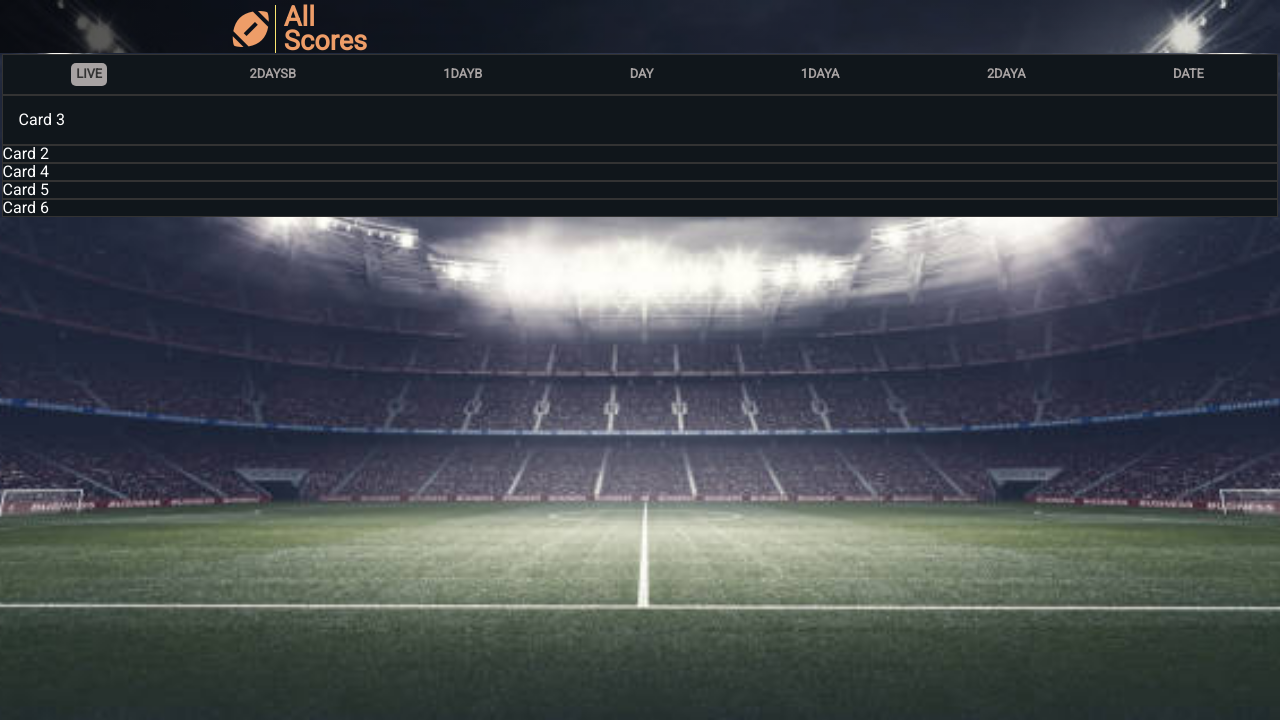
Repository: boomshakar/AllScores
Page: index.html
The author's editor kept a copy of each file at every save. The page is drawn from the files as they stood at one save, then again after the next save.
The browser window is 1280 px wide. The pictures show the whole page.
The style sheet was rebuilt from its Sass, Less or Tailwind sources for each picture, by a compiler version that may differ from the author's.

Above is the page before, as saved 2021-03-30 03:00:37.

### index.html
<!DOCTYPE html>
<html lang="en">
  <head>
    <meta charset="UTF-8" />
    <meta http-equiv="X-UA-Compatible" content="IE=edge" />
    <meta name="viewport" content="width=device-width, initial-scale=1.0" />
    <title>All Scores</title>
    <link rel="stylesheet" href="css/main.css" />
    <link
      rel="stylesheet"
      href="https://fonts.googleapis.com/icon?family=Material+Icons"
    />
  </head>
  <body>
    <header>
      <a href="index.html" class="head-name__logo">
        <span class="material-icons md-48">sports_football</span>
        <h1>All<br />Scores</h1>
      </a>
      <ul class="head-name">
        <a href="index.html"
          ><li class="head-name__mob active">
            <span class="material-icons md-36">sports_soccer</span>
            <h3>Soccer</h3>
          </li></a
        >
        <a href="#"
          ><li class="head-name__mob">
            <span class="material-icons md-36">sports_basketball</span>
            <h3>Basket</h3>
          </li></a
        >
        <a href="#"
          ><li class="head-name__mob">
            <span class="material-icons md-36">golf_course</span>
            <h3>Golf</h3>
          </li></a
        >
        <a href="#"
          ><li class="head-name__mob">
            <span class="material-icons md-36">sports_tennis</span>
            <h3>Tennis</h3>
          </li></a
        >
      </ul>
      <div class="menu-btn">
        <span class="menu-btn__burger"></span>
      </div>
      <nav class="nav">
        <ul class="menu-nav">
          <div class="menu-nav__time">
            Lorem ipsum, dolor sit amet consectetur adipisicing elit. Qui
            quidem, dignissimos asperiores totam nesciunt laborum at consectetur
            nam temporibus ea.
          </div>
          <li class="menu-nav__item active">
            <a href="index.html" class="menu-nav__link">Soccer</a>
          </li>
          <li class="menu-nav__item">
            <a href="#" class="menu-nav__link">Basketball</a>
          </li>
          <li class="menu-nav__item">
            <a href="#" class="menu-nav__link">Tennis</a>
          </li>
          <li class="menu-nav__item">
            <a href="#" class="menu-nav__link">Hockey</a>
          </li>
          <li class="menu-nav__item">
            <a href="#" class="menu-nav__link">Golf</a>
          </li>
          <li class="menu-nav__item">
            <a href="#" class="menu-nav__link">Basketball</a>
          </li>
          <li class="menu-nav__item">
            <a href="#" class="menu-nav__link">Tennis</a>
          </li>
          <li class="menu-nav__item">
            <a href="#" class="menu-nav__link">Hockey</a>
          </li>
          <li class="menu-nav__item">
            <a href="#" class="menu-nav__link">Golf</a>
          </li>
          <li class="menu-nav__item">
            <a href="#" class="menu-nav__link">Basketball</a>
          </li>
          <li class="menu-nav__item">
            <a href="#" class="menu-nav__link">Tennis</a>
          </li>
          <li class="menu-nav__item">
            <a href="#" class="menu-nav__link">Hockey</a>
          </li>
          <li class="menu-nav__item">
            <a href="#" class="menu-nav__link">Golf</a>
          </li>
          <div class="menu-nav__foot">
            Lorem ipsum dolor sit amet consectetur adipisicing elit. Quisquam
            quod neque provident ex cumque adipisci, iusto, tempora quibusdam
            maxime, magni autem perferendis? Quibusdam, tenetur. Laudantium,
            velit reiciendis deleniti perferendis nesciunt vitae dolores itaque
            aut voluptas dolor veritatis. Optio ducimus consectetur nisi sequi,
            nesciunt id quis mollitia, laborum voluptates necessitatibus modi.
          </div>
        </ul>
      </nav>
    </header>
    <div class="grid-contain">
      <span class="card">
        <div class="date-select">
          <a href="#" class="date-select__link active"
            ><div class="date-select__match live-logo">
              <strong>live</strong>
            </div></a
          >
          <a href="#" class="date-select__link"
            ><div class="date-select__match">2daysB</div></a
          >
          <a href="#" class="date-select__link"
            ><div class="date-select__match">1dayB</div></a
          >
          <a href="#" class="date-select__link"
            ><div class="date-select__match">Day</div></a
          >
          <a href="#" class="date-select__link"
            ><div class="date-select__match">1dayA</div></a
          >
          <a href="#" class="date-select__link"
            ><div class="date-select__match">2dayA</div></a
          >
          <a href="#" class="date-select__link"
            ><div class="date-select__match">Date</div></a
          >
        </div>
      </span>
      <div class="card">Card 2</div>
      <div class="card">Card 3</div>
      <div class="card">Card 4</div>
      <div class="card">Card 5</div>
      <div class="card">Card 6</div>
    </div>
  </body>
  <script src="main.js"></script>
</html>

### main.js
const menuBtn = document.querySelector(".menu-btn");
const menuBurger = document.querySelector(".menu-btn__burger");
const nav = document.querySelector(".nav");
const headName = document.querySelector(".head-name");
const menuNav = document.querySelector(".menu-nav");
const menuNavList = document.querySelectorAll(".menu-nav__item");

let menuOpen = false;

menuBtn.addEventListener("click", toggleMenu);

function toggleMenu() {
  if (!menuOpen) {
    menuBurger.classList.add("open");
    nav.classList.add("open");
    headName.classList.add("open");
    menuNav.classList.add("open");
    menuNavList.forEach((item) => item.classList.add("open"));

    menuOpen = true;
  } else {
    menuBurger.classList.remove("open");
    nav.classList.remove("open");
    headName.classList.remove("open");
    menuNav.classList.remove("open");
    menuNavList.forEach((item) => item.classList.remove("open"));

    menuOpen = false;
  }
}

### scss/main.scss
@import "config";
@import "menu";
@import "home";
@import "responsive";

body {
  position: relative;
  background: $primary-color;
  color: $text-color;
  height: 100vh;
  font-family: "Roboto", "Segoe UI", Tahoma, Verdana, sans-serif;
  line-height: 1;
  background: url(../img/stadium3.jpg);
  background-size: cover;
  background-repeat: no-repeat;
  background-position: center;
  background-attachment: fixed;
}

header {
  display: flex;
  z-index: 2;
  background: linear-gradient(to right, rgba(#000, 0.7), rgba(#000, 0.1)),
    url(../img/head.jpg);
  background-size: cover;
  background-repeat: no-repeat;
  position: fixed;
  width: 100vw;
  padding-top: 0.3rem;

  a {
    color: $secondary-color;
  }
}

### scss/_config.scss
$primary-color: #24303a;
$secondary-color: #ee9d68;
$text-color: #fae56f;
$text-color2: rgb(167, 162, 162);

* {
  box-sizing: border-box;
  margin: 0;
  padding: 0;
  outline: 0;
  list-style: none;
}
a {
  text-decoration: none;
}

@import url("https://fonts.googleapis.com/css2?family=Roboto&display=swap");

@mixin transition-mix {
  transition: all 0.5s ease-in-out;
}

@mixin media-xxsm {
  @media screen and (max-width: 313px) {
    @content;
    ul.head-name {
      visibility: hidden;
    }
  }
}

@mixin media-xsm {
  @media screen and (min-width: 314px) and (max-width: 359px) {
    @content;
  }
}

@mixin media-sm {
  @media screen and (min-width: 360px) and (max-width: 399px) {
    @content;
  }
}

@mixin media-smd {
  @media screen and (min-width: 400px) {
    @content;
  }
}

@mixin media-md {
  @media screen and (min-width: 500px) {
    @content;
  }
}

@mixin media-lg {
  @media screen and (min-width: 700px) {
    @content;
  }
}

@mixin media-xl {
  @media screen and (min-width: 1000px) {
    @content;
  }
}

### scss/_menu.scss
.menu-btn {
  position: fixed;
  z-index: 1;
  width: 28px;
  height: 20px;
  top: 0.8rem;
  right: 0.7rem;
  background: transparent;
  cursor: pointer;
  @include transition-mix;
  &__burger {
    position: absolute;
    width: 20px;
    height: 3px;
    right: 0.5rem;
    top: 0.5rem;
    background: pink;
    border-radius: 5px;
    @include transition-mix;

    &::before {
      content: "";
      position: absolute;
      width: 28px;
      height: 3px;
      top: -8px;
      background: $text-color;
      border-radius: 5px;
      @include transition-mix;
    }

    &::after {
      content: "";
      position: absolute;
      width: 28px;
      height: 3px;
      top: 8px;
      background: $text-color;
      border-radius: 5px;
      @include transition-mix;
    }

    &.open {
      transform: rotate(720deg);
      background: transparent;

      &::before {
        transform: rotate(45deg) translate(5px, 8px);
        background: $secondary-color;
      }
      &::after {
        transform: rotate(-45deg) translate(3px, -7px);
        background: $secondary-color;
      }
    }
  }
}
nav {
  position: fixed;
  top: 0;
  left: 0;
  width: 100vw;
  visibility: hidden;
  &.open {
    visibility: visible;
  }
}

.menu-nav {
  display: grid;
  grid-template-columns: 1fr;
  grid-template-rows: 1fr;
  width: 100vw;
  height: 100vh;
  top: 50px;
  left: 0;
  right: 0;
  bottom: 0;
  overflow-y: scroll;
  overflow-x: hidden;
  background: $primary-color;
  opacity: 0.97;
  transform: translateY(-100%);
  @include transition-mix;

  &.open {
    transform: translateY(0);
  }
  &__time {
    padding: 1.5rem 1.5rem 1rem 1.5rem;
    line-height: 1.2;
    font-size: 12px;
  }

  &__item {
    transform: translateX(100vw);
    border-bottom: 1px solid rgb(102, 96, 96);
    @include transition-mix;
    &:nth-of-type(1) {
      border-top: 1px solid rgb(102, 96, 96);
    }
    &.open {
      transform: translateX(0);
    }
    &.active > a {
      color: $secondary-color;
    }
  }

  &__link {
    display: grid;
    font-size: 1.1rem;
    padding: 0.7rem 0;
    font-weight: 600;
    text-transform: uppercase;
    text-align: center;
    color: rgb(167, 162, 162);
    @include transition-mix;

    &:hover {
      color: $secondary-color;
    }
  }

  &__foot {
    padding: 2rem 1.5rem 200px 1.5rem;
    font-size: 12px;
  }
}

@for $f from 1 through 14 {
  .menu-nav__item:nth-child(#{$f}) {
    transition-delay: ($f * 0.1s) + 0.05s;
  }
}

### scss/_home.scss
.grid-contain {
  padding: 3.4rem 0.1rem 1.5rem 0.1rem;
  display: grid;
  grid-template-columns: 1fr;

  .card {
    background: darken($primary-color, 10%);
    border: 1px solid #333;
    color: #fff;

    &:nth-child(1) {
      //date selector
      grid-column: 1 / 1;
      grid-row: 1/ 2;
      .date-select {
        display: flex;
        flex-direction: row;
        justify-content: space-around;
        &__link {
          color: $text-color2;
          padding: 0.5rem 0.8rem;
          text-transform: uppercase;
          &:nth-child(1) > .live-logo {
            color: #333;
            background: $text-color2;
            border-radius: 5px;
          }
        }
        &__match {
          font-size: 0.8rem;
          font-weight: 600;
          padding: 5px;
        }
      }
    }

    &:nth-child(2) {
      //left side
      grid-column: 1;
      grid-row: 3 / 4;
    }

    &:nth-child(3) {
      //main menu
      grid-column: 1;
      grid-row: 2 / 3;
      padding: 1rem;
    }

    &:nth-child(4) {
      //right side
      grid-column: 1;
      grid-row: 4 / 5;
    }

    &:nth-child(5) {
      //stciky ad below
      grid-column: 1;
      grid-row: 5 / 6;
    }

    &:nth-child(6) {
      //footer
      grid-column: 1;
      grid-row: 6 / 7;
    }
  }
}

### scss/_responsive.scss
@include media-xxsm {
  header {
    height: 2.8rem;
    justify-content: space-between;
    .head-name__logo {
      display: flex;
      flex-direction: row;
      cursor: pointer;
      &:hover > .material-icons {
        color: $text-color;
      }

      .material-icons {
        font-size: 2.5rem;
        align-items: center;
        cursor: pointer;
        @include transition-mix;
      }
      h1 {
        font-weight: 800;
        border-left: 1px solid $text-color;
        line-height: 1.3rem;
        padding: 0 0.5rem;
        font-size: 1.1rem;
        cursor: pointer;
      }
    }
  }
}

@include media-xsm {
  header {
    justify-content: space-between;
    .head-name__logo {
      display: flex;
      flex-direction: row;
      cursor: pointer;
      height: 2.5rem;
      &:hover > .material-icons {
        color: $text-color;
      }

      .material-icons {
        font-size: 2.5rem;
        align-items: center;
        cursor: pointer;
        @include transition-mix;
      }
      h1 {
        font-weight: 800;
        border-left: 1px solid $text-color;
        line-height: 1.3rem;
        padding: 0 0.5rem;
        font-size: 1.1rem;
        cursor: pointer;
      }
    }
    ul.head-name {
      display: flex;
      flex-direction: row;
      margin-right: 2rem;
      &.open {
        visibility: hidden;
      }

      .head-name__mob {
        border-left: 1px solid $text-color2;
        padding: 0 0.2rem;
        text-align: center;
        width: 3rem;
        @include transition-mix;
        &.active {
          background: linear-gradient(
            to right,
            rgba(#fff, 0.3),
            rgba(#fff, 0.1)
          );
          color: $text-color;
          border-radius: 5px;
          border-left: 1px solid $text-color;
        }
        &:hover > .material-icons {
          color: $text-color;
        }
      }
      .material-icons {
        font-size: 1.3rem;
        cursor: pointer;
        @include transition-mix;
      }
      h3 {
        font-size: 0.7rem;
      }
    }
    .menu-btn {
      right: -0.3rem;
    }
  }
}

@include media-sm {
  header {
    justify-content: space-between;
    .head-name__logo {
      display: flex;
      flex-direction: row;
      cursor: pointer;
      height: 2.5rem;
      &:hover > .material-icons {
        color: $text-color;
      }

      .material-icons {
        font-size: 2.5rem;
        align-items: center;
        cursor: pointer;
        @include transition-mix;
      }
      h1 {
        font-weight: 800;
        border-left: 1px solid $text-color;
        line-height: 1.3rem;
        padding: 0 0.5rem;
        font-size: 1.1rem;
        cursor: pointer;
      }
    }
    ul.head-name {
      display: flex;
      flex-direction: row;
      margin-right: 2rem;
      &.open {
        visibility: hidden;
      }

      .head-name__mob {
        border-left: 1px solid $text-color2;
        padding: 0 0.5rem;
        text-align: center;
        width: 3.3rem;
        &.active {
          background: linear-gradient(
            to right,
            rgba(#fff, 0.3),
            rgba(#fff, 0.1)
          );
          color: $text-color;
          border-radius: 5px;
          border-left: 1px solid $text-color;
        }
        &:hover > .material-icons {
          color: $text-color;
        }
      }
      .material-icons {
        font-size: 1.3rem;
        cursor: pointer;
        @include transition-mix;
      }
      h3 {
        font-size: 0.8rem;
      }
    }
    .menu-btn {
      right: 0.3rem;
    }
  }
}

@include media-smd {
  header {
    justify-content: space-between;
    .head-name__logo {
      display: flex;
      flex-direction: row;
      cursor: pointer;
      &:hover > .material-icons {
        color: $text-color;
      }

      .material-icons {
        font-size: 3rem;
        align-items: center;
        cursor: pointer;
        @include transition-mix;
      }
      h1 {
        font-weight: 800;
        border-left: 1px solid $text-color;
        line-height: 1.5rem;
        padding: 0 0.5rem;
        font-size: 1.4rem;
        cursor: pointer;
      }
    }
    ul.head-name {
      display: flex;
      flex-direction: row;
      margin-right: 2rem;
      &.open {
        visibility: hidden;
      }

      .head-name__mob {
        border-left: 1px solid $text-color2;
        padding: 0 0.3rem;
        text-align: center;
        width: 3.4rem;
        @include transition-mix;
        &.active {
          background: linear-gradient(
            to right,
            rgba(#fff, 0.3),
            rgba(#fff, 0.1)
          );
          color: $text-color;
          border-radius: 5px;
          border-left: 1px solid $text-color;
        }
        &:hover > .material-icons {
          color: $text-color;
        }
      }
      .material-icons {
        font-size: 1.7rem;
        cursor: pointer;
        @include transition-mix;
      }
      h3 {
        font-size: 0.8rem;
      }
    }
    .menu-btn {
      top: 1.2rem;
      right: 0.4rem;
    }
  }
}

@include media-md {
  header {
    justify-content: space-between;
    .head-name__logo {
      display: flex;
      flex-direction: row;
      cursor: pointer;
      &:hover > .material-icons {
        color: $text-color;
      }

      .material-icons {
        font-size: 3rem;
        align-items: center;
        cursor: pointer;
        @include transition-mix;
      }
      h1 {
        font-weight: 800;
        border-left: 1px solid $text-color;
        line-height: 1.5rem;
        padding: 0 0.5rem;
        font-size: 1.7rem;
        cursor: pointer;
      }
    }
    ul.head-name {
      display: flex;
      flex-direction: row;
      margin-right: 5rem;
      &.open {
        visibility: hidden;
      }

      .head-name__mob {
        border-left: 1px solid $text-color2;
        padding: 0 0.5rem;
        text-align: center;
        width: 3.8rem;
        @include transition-mix;
        &.active {
          background: linear-gradient(
            to right,
            rgba(#fff, 0.3),
            rgba(#fff, 0.1)
          );
          color: $text-color;
          border-radius: 5px;
          border-left: 1px solid $text-color;
        }
        &:hover > .material-icons {
          color: $text-color;
        }
      }
      .material-icons {
        font-size: 1.7rem;
        cursor: pointer;
        @include transition-mix;
      }
      h3 {
        font-size: 0.8rem;
      }
    }
  }
}

@include media-lg {
  header {
    justify-content: space-evenly;
    .head-name__logo {
      display: flex;
      flex-direction: row;
      cursor: pointer;
      margin-right: 8rem;
      &:hover > .material-icons {
        color: $text-color;
      }

      .material-icons {
        font-size: 3rem;
        align-items: center;
        cursor: pointer;
        @include transition-mix;
      }
      h1 {
        font-weight: 800;
        border-left: 1px solid $text-color;
        line-height: 1.5rem;
        padding: 0 0.5rem;
        font-size: 1.7rem;
        cursor: pointer;
      }
    }
    ul.head-name {
      display: flex;
      flex-direction: row;
      &.open {
        visibility: hidden;
      }

      .head-name__mob {
        border-left: 1px solid $text-color2;
        padding: 0 0.3rem;
        text-align: center;
        width: 3.8rem;
        &.active {
          background: linear-gradient(
            to right,
            rgba(#fff, 0.3),
            rgba(#fff, 0.1)
          );
          color: $text-color;
          border-radius: 5px;
          border-left: 1px solid $text-color;
        }
        &:hover > .material-icons {
          color: $text-color;
        }
      }
      .material-icons {
        font-size: 1.7rem;
        cursor: pointer;
        @include transition-mix;
      }
      h3 {
        font-size: 0.8rem;
      }
    }
    .menu-btn {
      visibility: hidden;
    }
  }
}

@include media-xl {
  header {
    justify-content: space-evenly;
    .head-name__logo {
      display: flex;
      flex-direction: row;
      cursor: pointer;
      margin-right: 8rem;
      &:hover > .material-icons {
        color: $text-color;
      }

      .material-icons {
        font-size: 3rem;
        align-items: center;
        cursor: pointer;
        @include transition-mix;
      }
      h1 {
        font-weight: 800;
        border-left: 1px solid $text-color;
        line-height: 1.5rem;
        padding: 0 0.5rem;
        font-size: 1.7rem;
        cursor: pointer;
      }
    }
    ul.head-name {
      display: flex;
      flex-direction: row;
      &.open {
        visibility: hidden;
      }

      .head-name__mob {
        border-left: 1px solid $text-color2;
        padding: 0 0.3rem;
        text-align: center;
        width: 3.8rem;
        &.active {
          background: linear-gradient(
            to right,
            rgba(#fff, 0.3),
            rgba(#fff, 0.1)
          );
          color: $text-color;
          border-radius: 5px;
          border-left: 1px solid $text-color;
        }
        &:hover > .material-icons {
          color: $text-color;
        }
      }
      .material-icons {
        font-size: 1.7rem;
        cursor: pointer;
        @include transition-mix;
      }
      h3 {
        font-size: 0.8rem;
      }
    }
  }
}

After the next save:
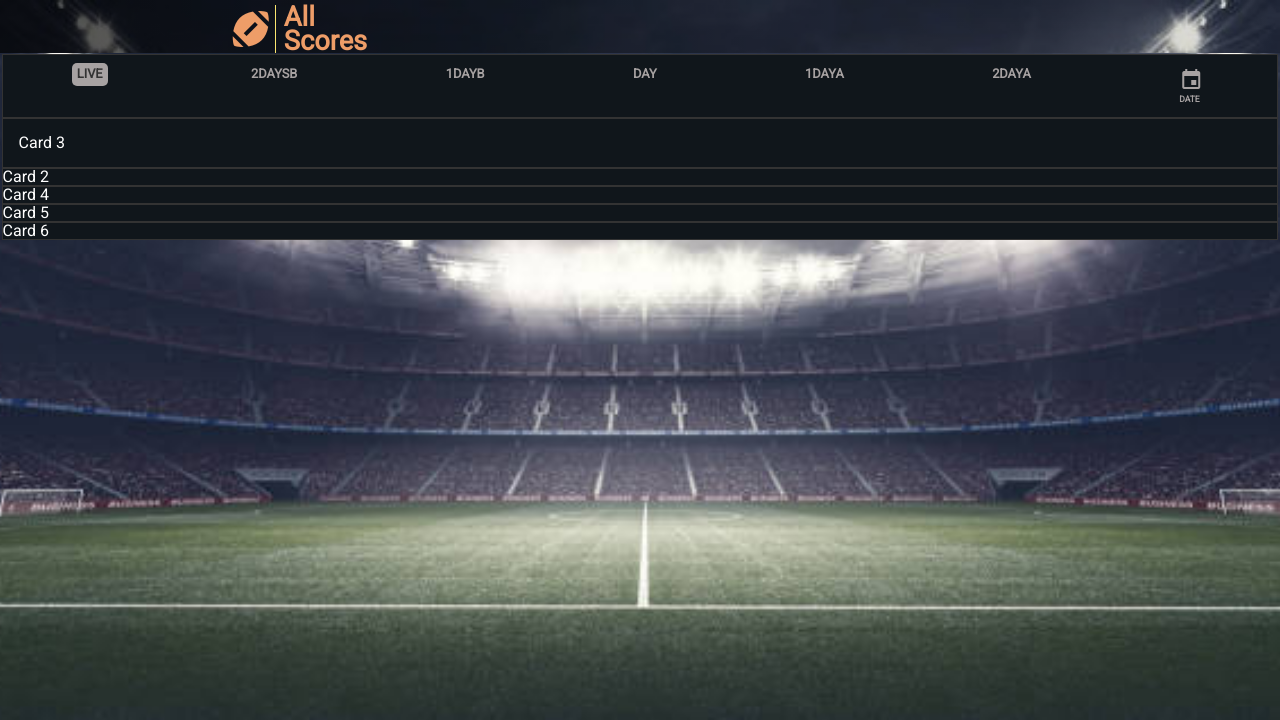
Saved 3 min 6 s later.
--- a/index.html
+++ b/index.html
@@ -127,7 +127,10 @@
             ><div class="date-select__match">2dayA</div></a
           >
           <a href="#" class="date-select__link"
-            ><div class="date-select__match">Date</div></a
+            ><div class="date-select__match">
+              <span class="material-icons"> event </span>
+              <h6>Date</h6>
+            </div></a
           >
         </div>
       </span>
